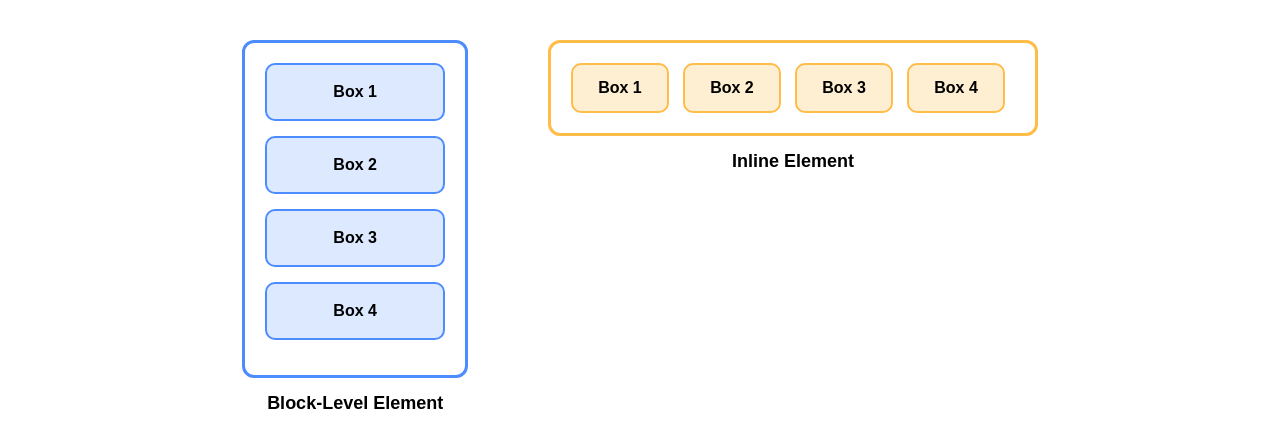
Repository: Glory998/ELCE1-32
Page: experiment9.html
An editor plug-in stored every save of this project. The page is shown before and after the next save, followed by the edit.
The browser window is 1280 px wide. The pictures show the whole page.

Above is the page before, as saved 2025-12-06 23:35:49.

### experiment9.html
<!DOCTYPE html>
<html>
<head>
<style>

body{
    font-family: Arial, sans-serif;
    display: flex;
    justify-content: center;
    gap: 80px;
    margin-top: 40px;
}

/* Block-Level Container */
.block-box{
    border: 3px solid #4c8cff;
    padding: 20px;
    border-radius: 12px;
    width: 180px;
}

.block-item{
    background: #dce9ff;
    padding: 18px;
    border: 2px solid #4c8cff;
    margin-bottom: 15px;
    border-radius: 10px;
    text-align: center;
    font-weight: bold;
}

/* Inline-Level Container */
.inline-box{
    border: 3px solid #ffbc47;
    padding: 20px;
    border-radius: 12px;
    display: inline-block;
}

.inline-item{
    background: #ffefd2;
    border: 2px solid #ffbc47;
    padding: 14px 25px;
    display: inline-block;
    border-radius: 10px;
    margin-right: 10px;
    font-weight: bold;
}

.title{
    text-align: center;
    margin-top: 15px;
    font-size: 18px;
    font-weight: bold;
}

</style>
</head>
<body>

<!-- BLOCK LEVEL -->
<div>
    <div class="block-box">
        <div class="block-item">Box 1</div>
        <div class="block-item">Box 2</div>
        <div class="block-item">Box 3</div>
        <div class="block-item">Box 4</div>
    </div>
    <div class="title">Block-Level Element</div>
</div>


<!-- INLINE LEVEL -->
<div>
    <div class="inline-box">
        <span class="inline-item">Box 1</span>
        <span class="inline-item">Box 2</span>
        <span class="inline-item">Box 3</span>
        <span class="inline-item">Box 4</span>
    </div>
    <div class="title">Inline Element</div>
</div>

</body>
</html>

After the next save:
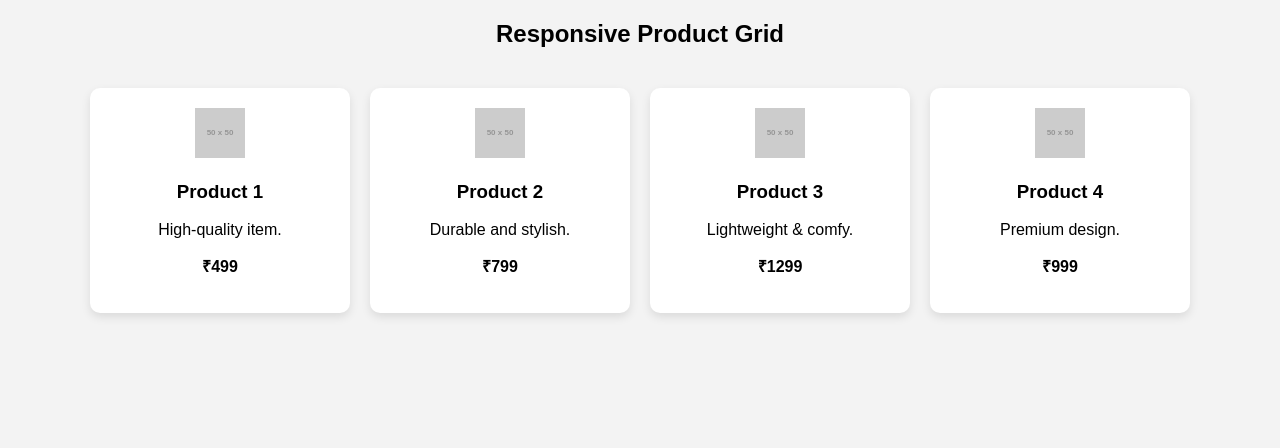
Saved 2 days later.
--- a/experiment9.html
+++ b/experiment9.html
@@ -1,84 +1,74 @@
 <!DOCTYPE html>
 <html>
 <head>
+<meta name="viewport" content="width=device-width, initial-scale=1">
 <style>
+body{
+  font-family: Arial;
+  background:#f3f3f3;
+  margin:0;
+}
+h2{text-align:center; margin:20px 0;}
 
-body{
-    font-family: Arial, sans-serif;
-    display: flex;
-    justify-content: center;
-    gap: 80px;
-    margin-top: 40px;
+.grid{
+  display:grid;
+  grid-template-columns:repeat(auto-fit, minmax(220px,1fr));
+  gap:20px;
+  padding:20px;
+  max-width:1100px;
+  margin:auto;
 }
 
-/* Block-Level Container */
-.block-box{
-    border: 3px solid #4c8cff;
-    padding: 20px;
-    border-radius: 12px;
-    width: 180px;
+.card{
+  background:#fff;
+  padding:20px;
+  border-radius:10px;
+  text-align:center;
+  box-shadow:0 4px 10px rgba(0,0,0,0.1);
 }
 
-.block-item{
-    background: #dce9ff;
-    padding: 18px;
-    border: 2px solid #4c8cff;
-    margin-bottom: 15px;
-    border-radius: 10px;
-    text-align: center;
-    font-weight: bold;
+.card img{
+  width:50px;
 }
 
-/* Inline-Level Container */
-.inline-box{
-    border: 3px solid #ffbc47;
-    padding: 20px;
-    border-radius: 12px;
-    display: inline-block;
+.price{
+  font-weight:bold;
 }
-
-.inline-item{
-    background: #ffefd2;
-    border: 2px solid #ffbc47;
-    padding: 14px 25px;
-    display: inline-block;
-    border-radius: 10px;
-    margin-right: 10px;
-    font-weight: bold;
-}
-
-.title{
-    text-align: center;
-    margin-top: 15px;
-    font-size: 18px;
-    font-weight: bold;
-}
-
 </style>
 </head>
+
 <body>
 
-<!-- BLOCK LEVEL -->
-<div>
-    <div class="block-box">
-        <div class="block-item">Box 1</div>
-        <div class="block-item">Box 2</div>
-        <div class="block-item">Box 3</div>
-        <div class="block-item">Box 4</div>
-    </div>
-    <div class="title">Block-Level Element</div>
-</div>
+<h2>Responsive Product Grid</h2>
 
+<div class="grid">
+  <div class="card">
+    <img src="https://via.placeholder.com/50">
+    <h3>Product 1</h3>
+    <p>High-quality item.</p>
+    <p class="price">₹499</p>
+  </div>
 
-<!-- INLINE LEVEL -->
-<div>
-    <div class="inline-box">
-        <span class="inline-item">Box 1</span>
-        <span class="inline-item">Box 2</span>
-        <span class="inline-item">Box 3</span>
-        <span class="inline-item">Box 4</span>
-    </div>
-    <div class="title">Inline Element</div>
+  <div class="card">
+    <img src="https://via.placeholder.com/50">
+    <h3>Product 2</h3>
+    <p>Durable and stylish.</p>
+    <p class="price">₹799</p>
+  </div>
+
+  <div class="card">
+    <img src="https://via.placeholder.com/50">
+    <h3>Product 3</h3>
+    <p>Lightweight & comfy.</p>
+    <p class="price">₹1299</p>
+  </div>
+
+  <div class="card">
+    <img src="https://via.placeholder.com/50">
+    <h3>Product 4</h3>
+    <p>Premium design.</p>
+    <p class="price">₹999</p>
+  </div>
 </div>
 
 </body>
